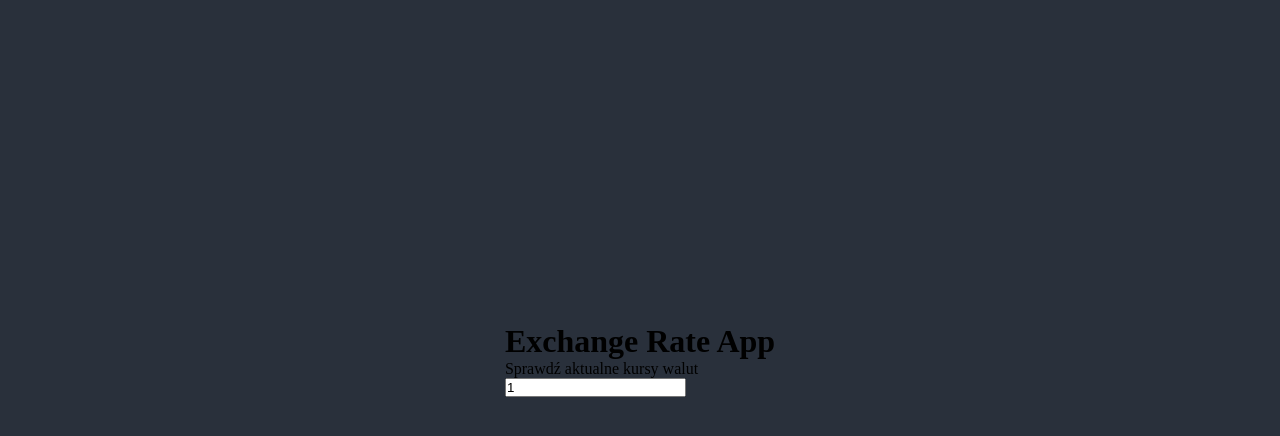
Repository: KrzysKolo/Projekt-6_Kantor
Page: index.html
An editor plug-in stored every save of this project. The page is shown before and after the next save, followed by the edit.
The browser window is 1280 px wide. The pictures show the whole page.
Some web fonts or font styles are not loaded; a fallback is used. Some web libraries are served in a nearby version.

Above is the page before, as saved 2020-07-12 05:31:16.

After the next save:
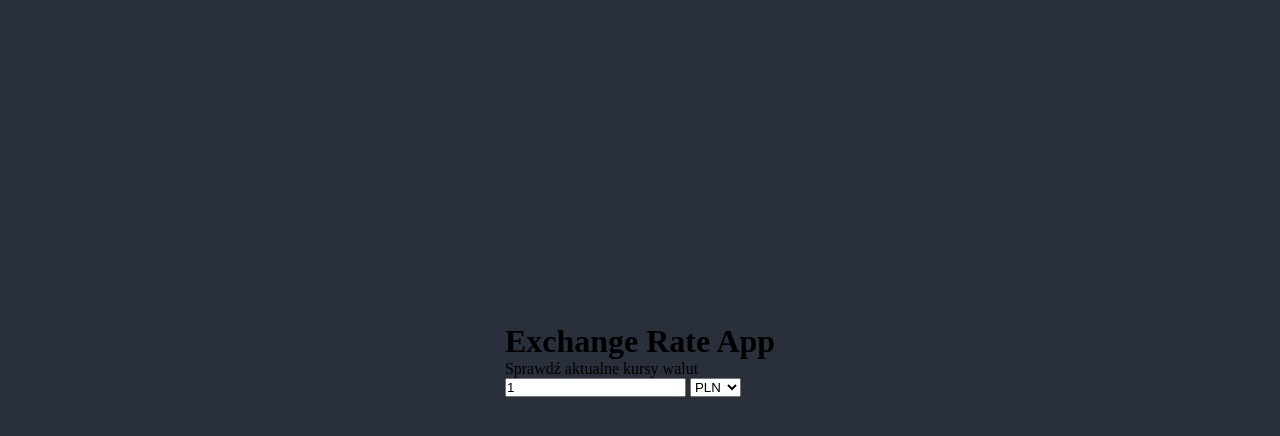
Saved 5 min 34 s later.
--- a/index.html
+++ b/index.html
@@ -22,6 +22,14 @@
       <div class="app-body">
         <div class="section-left">
           <input type="number" class="amount-one" value="1" />
+          <select name="currency-one">
+            <option value="PLN" selected>PLN</option>
+            <option value="USD">USD</option>
+            <option value="GBP">GBP</option>
+            <option value="EUR">EUR</option>
+            <option value="CHF">CHF</option>
+            <option value="JPY">JPY</option>
+          </select>
         </div>
       </div>
       <p class="rate-info"></p>
